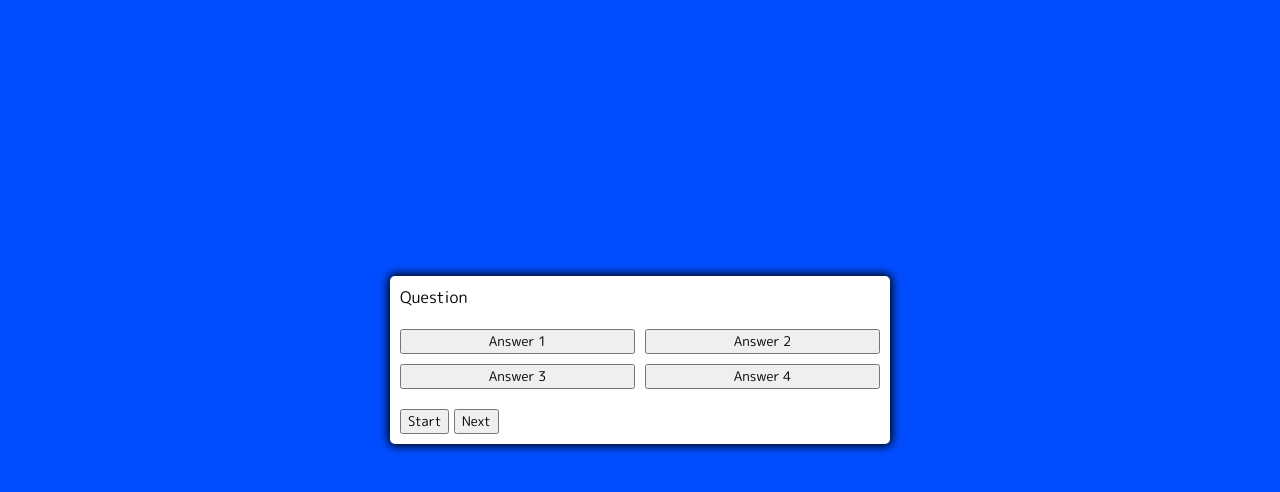
Repository: spidero7/Star-Wars_Quiz-Game
Page: index.html
These files come from the project's save history. The page is drawn as it stood at one moment and after a run of saves; the edit follows.
The browser window is 1280 px wide. The pictures show the whole page.

Above is the page before, as saved 2021-08-29 08:02:28.

After the next 4 saves:
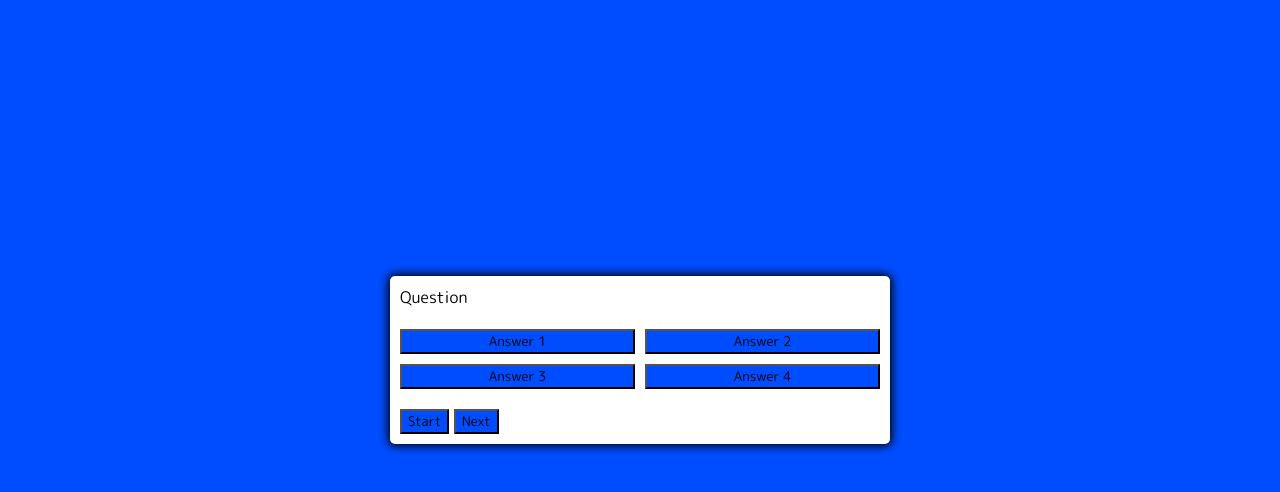
The 4 saves are shown as one change because they came seconds apart.
The last was saved 37 s later.
--- a/style.css
+++ b/style.css
@@ -47,4 +47,5 @@ body.wrong {
 
 .btn {
     --hue: var(--hue-normal);
+    background-color: hsl(var(--hue), 100%, 50%);
 }
